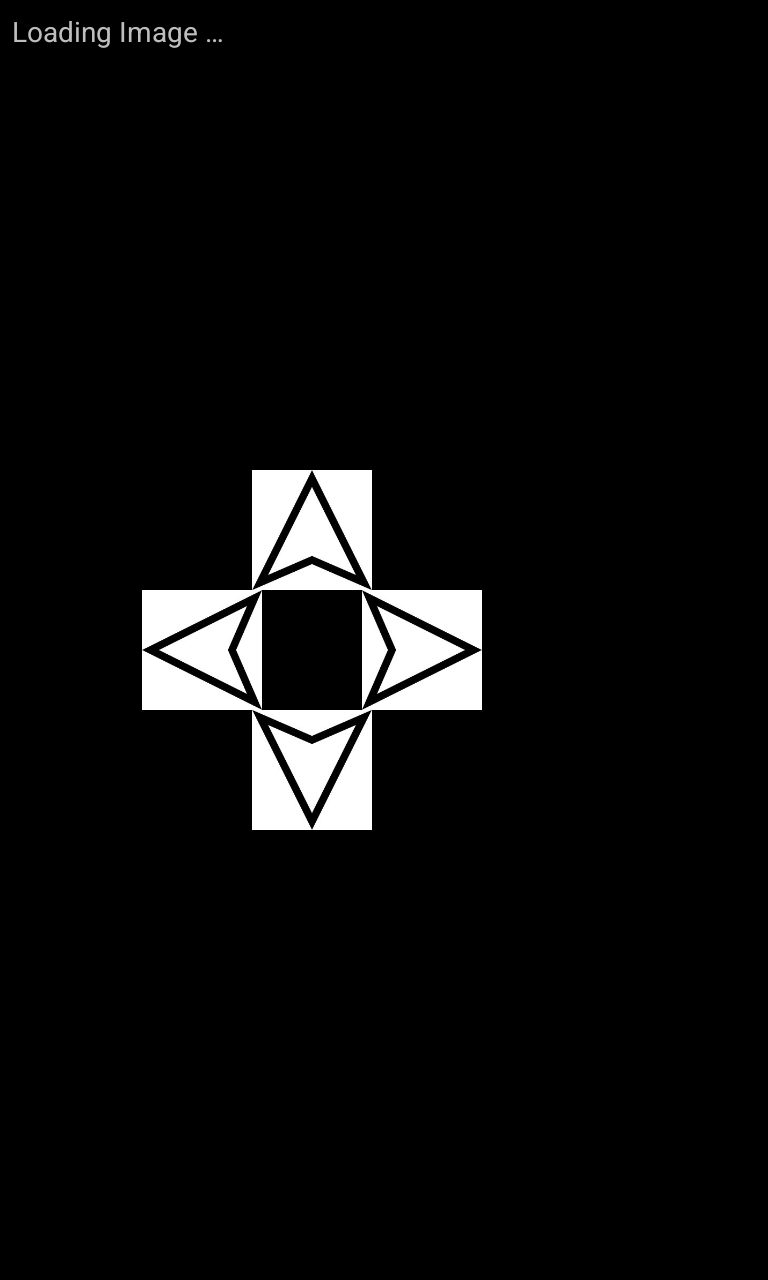
Repository: mintuhouse/AndroidBasedTennisBallCollector_group14_cs308_2012
Layout: android/RemoteTennisBallCollector/res/layout/main.xml
The author's editor kept a copy of each file at every save. The layout is drawn from the files as they stood at one save, then again after the next save.
It is drawn on a 768 x 1280 px phone screen (xhdpi) without system bars, with theme android:Theme; the app's code is not run.

Above is the layout before, as saved 2012-04-07 14:53:38.

After the next save:
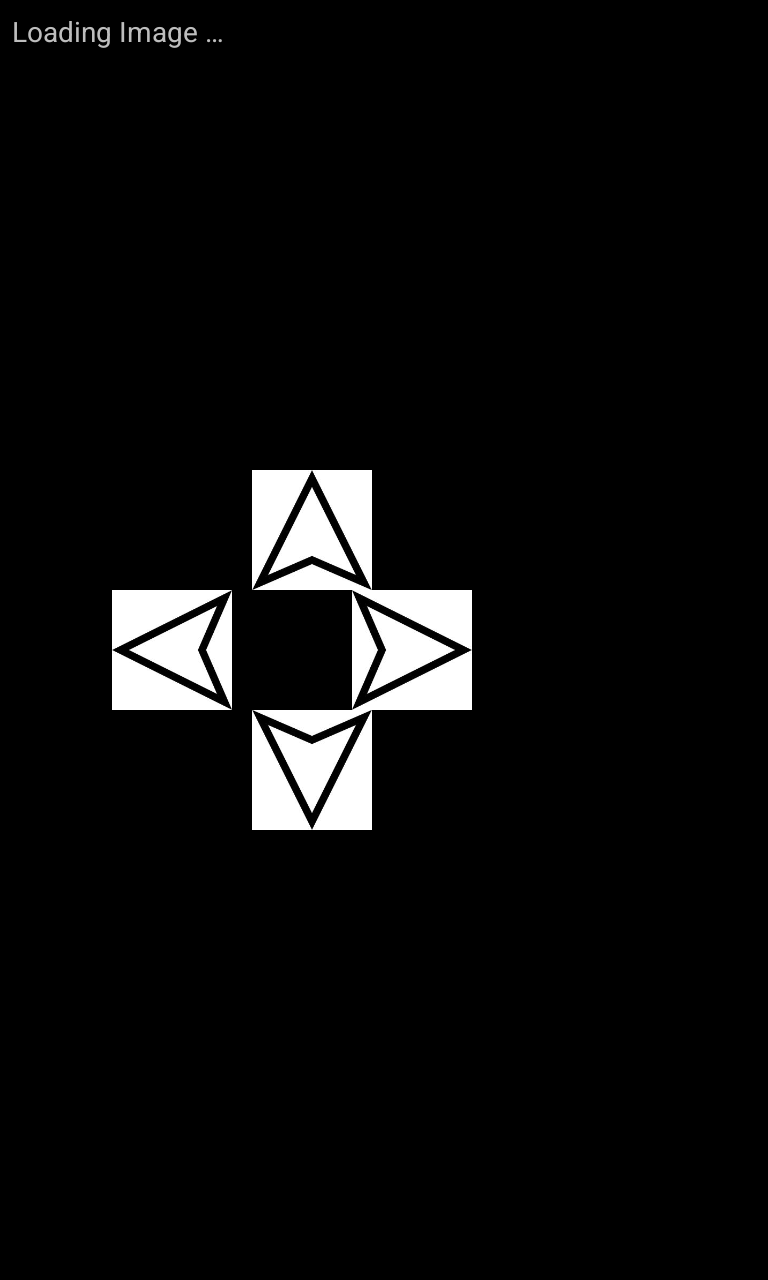
Saved 78 s later.
--- a/android/RemoteTennisBallCollector/res/layout/main.xml
+++ b/android/RemoteTennisBallCollector/res/layout/main.xml
@@ -55,7 +55,7 @@
 	       	   	android:contentDescription="@string/leftarrow"
 	       	 	android:layout_width="60dp"
 	       	 	android:layout_height="60dp"
-	       	 	android:layout_marginLeft="15dp"
+	       	 	android:layout_marginLeft="10p"
 	       	 	android:background="@drawable/leftarrow"
 	       	 />
        	    <ImageButton
@@ -63,7 +63,7 @@
 	       	   	android:contentDescription="@string/rightarrow"
 	       	 	android:layout_width="60dp"
 	       	 	android:layout_height="60dp"
-	       	 	android:layout_marginLeft="50dp"
+	       	 	android:layout_marginLeft="60dp"
 	       	 	android:background="@drawable/rightarrow"
 	       	 />
        	</LinearLayout>
